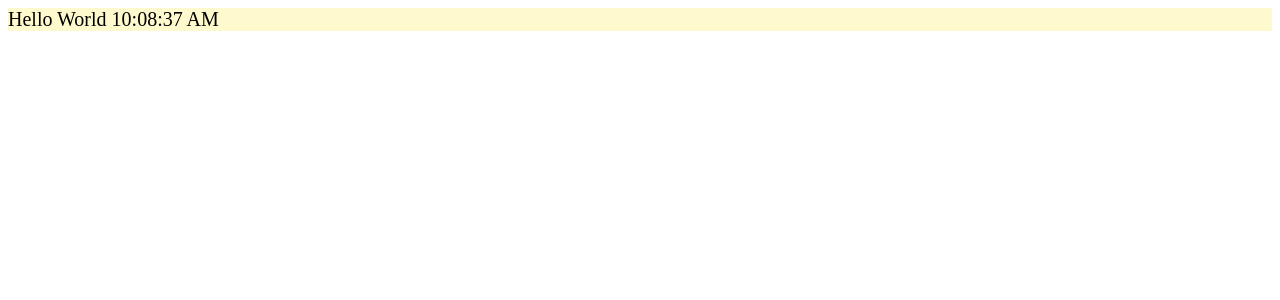
Repository: xzm1997/react-learning
Page: /
These files come from the project's save history. The page is drawn as it stood at one moment and after the next save; the edit follows.
The browser window is 1280 px wide. The pictures show the whole page.
The project was rebuilt for these pictures with package versions that can differ from the ones it lists, and the page was loaded fresh each time.

Above is the page before, as saved 2023-01-30 11:22:56.

### src/index.js
import React from 'react';
import ReactDOM from 'react-dom';
import './index.css';

export function HelloWorld() {
  return (
    <div
      className='helloWorld'
    >
      Hello World {new Date().toLocaleTimeString()}
    </div>
  )
}

function tick() {
  // HelloWorld(new Date().toLocaleTimeString())
  const root = ReactDOM.createRoot(document.getElementById("root"));
  root.render(<HelloWorld />);
}

setInterval(tick, 1000);

// ========================================

// const root = ReactDOM.createRoot(document.getElementById("root"));
// root.render(<HelloWorld />);

### src/index.css
.helloWorld {
  background: lemonchiffon;
  color: #000;
  font-size: 20px;
}

Loaded but not shown: public/index.html (common file)

After the next save:
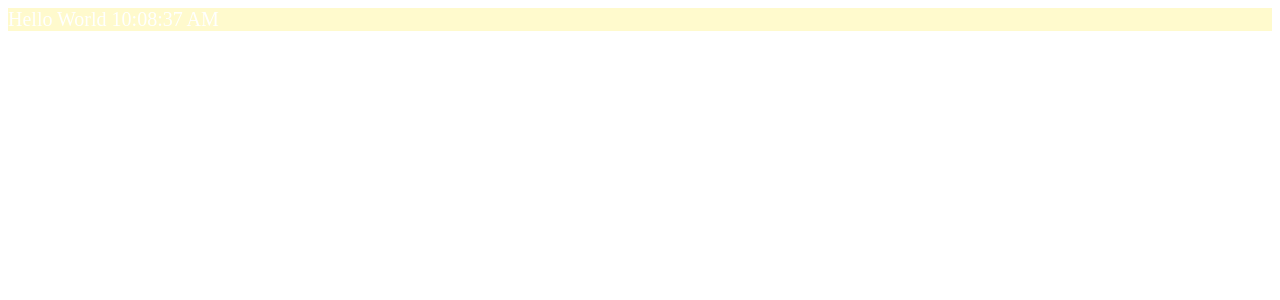
Saved 4 s later.
--- a/src/index.css
+++ b/src/index.css
@@ -1,5 +1,5 @@
 .helloWorld {
   background: lemonchiffon;
-  color: #000;
+  color: #fff;
   font-size: 20px;
 }
